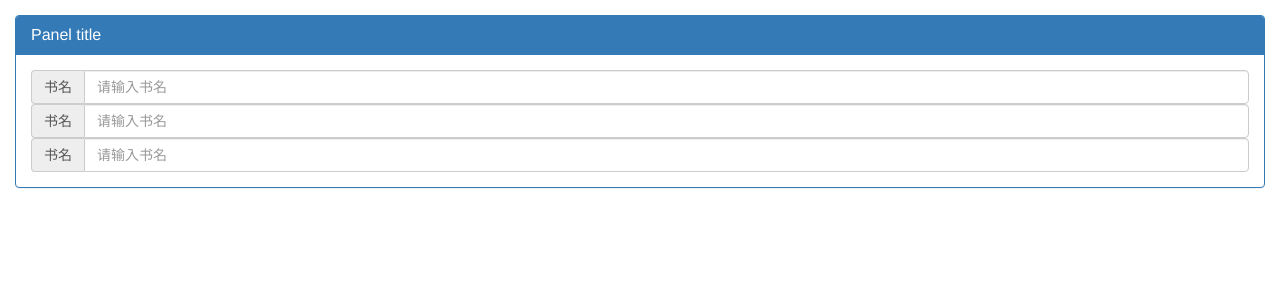
Repository: Bluesouls/eliauk.github.io
Page: Ajax学习笔记/day01/code/图书管理.html
An editor plug-in stored every save of this project. The page is shown before and after the next save, followed by the edit.
The browser window is 1280 px wide. The pictures show the whole page.

Above is the page before, as saved 2022-04-24 16:57:02.
Console error (its wording comes from the project's code and is left out).

After the next save:
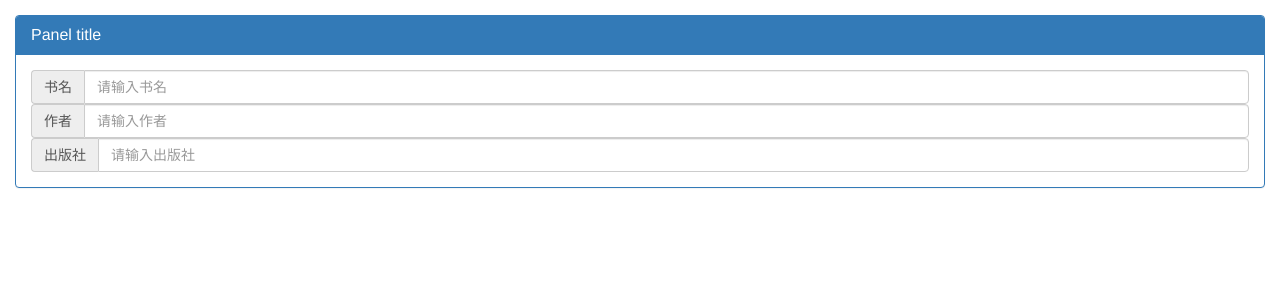
Saved 19 s later.
--- a/Ajax学习笔记/day01/code/图书管理.html
+++ b/Ajax学习笔记/day01/code/图书管理.html
@@ -21,12 +21,12 @@
           <input type="text" class="form-control" id="exampleInputAmount" placeholder="请输入书名">
         </div>
         <div class="input-group">
-          <div class="input-group-addon">书名</div>
-          <input type="text" class="form-control" id="exampleInputAmount" placeholder="请输入书名">
+          <div class="input-group-addon">作者</div>
+          <input type="text" class="form-control" id="exampleInputAmount" placeholder="请输入作者">
         </div>
         <div class="input-group">
-          <div class="input-group-addon">书名</div>
-          <input type="text" class="form-control" id="exampleInputAmount" placeholder="请输入书名">
+          <div class="input-group-addon">出版社</div>
+          <input type="text" class="form-control" id="exampleInputAmount" placeholder="请输入出版社">
         </div>
 
       </div>
